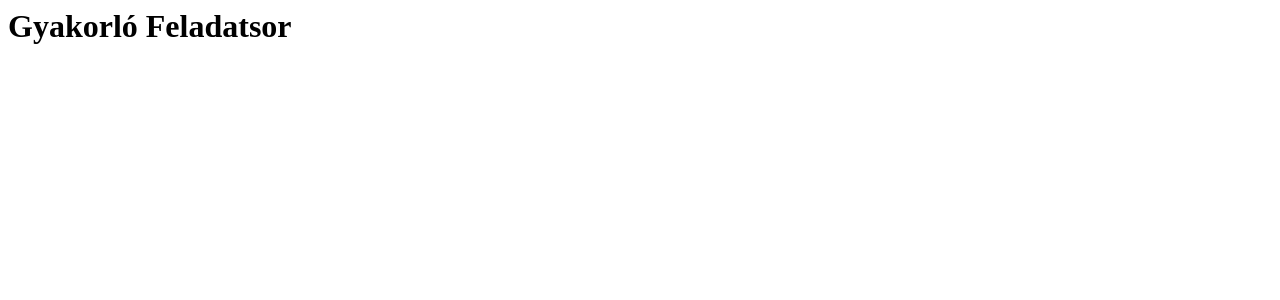
Repository: doomhyena/htdocs
Page: http://localhost/00.Home/03.harmadik.php
These files come from the project's save history. The page is drawn as it stood at one moment and after the next save; the edit follows.
The browser window is 1280 px wide. The pictures show the whole page.
The page is run by PHP 8.4 with error messages shown; the project is at /var/www/html/.

Above is the page before, as saved 2024-09-21 09:16:19.

After the next save:
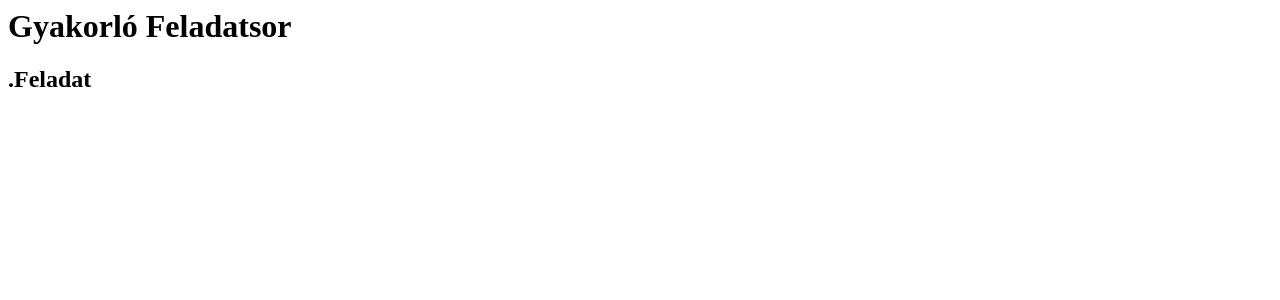
Saved 9 s later.
--- a/00.Home/03.harmadik.php
+++ b/00.Home/03.harmadik.php
@@ -12,4 +12,4 @@ echo "<h1>Gyakorló Feladatsor</h1>";
 
 */
 
-echo "<h2></h2>";
+echo "<h2>.Feladat</h2>";
